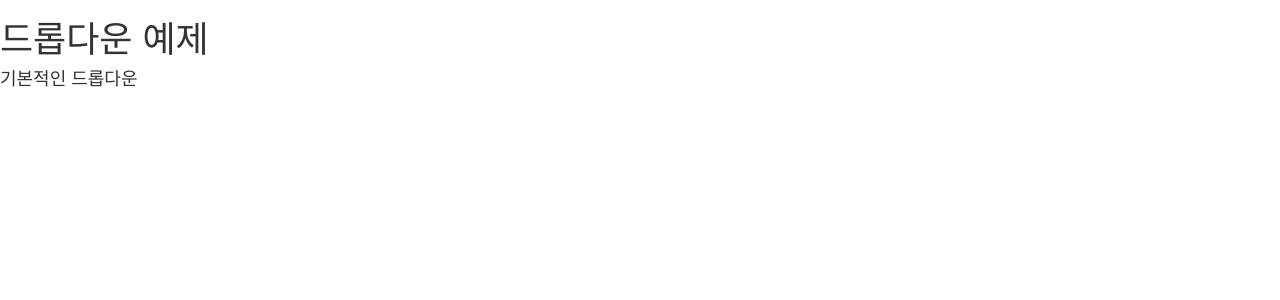
Repository: RYE415/4.jsp
Page: BootstrapTest/src/main/webapp/7.component/1.dropdown.html
These files come from the project's save history. The page is drawn as it stood at one moment and after the next save; the edit follows.
The browser window is 1280 px wide. The pictures show the whole page.
Some web libraries are served in a nearby version.

Above is the page before, as saved 2022-08-09 05:13:44.

### BootstrapTest/src/main/webapp/7.component/1.dropdown.html
<!DOCTYPE html>
<html lang="ko">
  <head>
    <meta charset="utf-8">
    <meta http-equiv="X-UA-Compatible" content="IE=edge">
    <meta name="viewport" content="width=device-width, initial-scale=1">
    <!-- 위 3개의 메타 태그는 *반드시* head 태그의 처음에 와야합니다; 어떤 다른 콘텐츠들은 반드시 이 태그들 *다음에* 와야 합니다 -->
    <title>예제</title>

    <!-- 부트스트랩 -->
    <link href="../css/bootstrap.min.css" rel="stylesheet">

    <!-- IE8 에서 HTML5 요소와 미디어 쿼리를 위한 HTML5 shim 와 Respond.js -->
    <!-- WARNING: Respond.js 는 당신이 file:// 을 통해 페이지를 볼 때는 동작하지 않습니다. -->
    <!--[if lt IE 9]>
      <script src="https://oss.maxcdn.com/html5shiv/3.7.2/html5shiv.min.js"></script>
      <script src="https://oss.maxcdn.com/respond/1.4.2/respond.min.js"></script>
    <![endif]-->
  </head>
  <body>
    <h1>드롭다운 예제</h1>
    <h4>기본적인 드롭다운</h4>

    <!--
    기본개념 및 주의 사항
    1.메뉴를 눌렀을 때 하단으로 펼쳐지는 것->드롭다운
    2.단독으로 사용할 수 없고 부트스트랩에 포함된 자바스크립트와 jQuery를 같이 사용해야 한다.
    3.일반적으로 드롭다운 부분은 ul과 li로 구성된 리스트 태그에 적용(상단메뉴)
    4.아래와 같이 jquery에 관련된 파일을 불러와야 제대로 작동이 된다.

     -->

    <!-- jQuery (부트스트랩의 자바스크립트 플러그인을 위해 필요합니다) -->
    <script src="https://ajax.googleapis.com/ajax/libs/jquery/1.11.2/jquery.min.js"></script>
    <!-- 모든 컴파일된 플러그인을 포함합니다 (아래), 원하지 않는다면 필요한 각각의 파일을 포함하세요 -->
    <script src="../js/bootstrap.min.js"></script>
  </body>
</html>

Loaded but not shown: BootstrapTest/src/main/webapp/css/bootstrap.min.css (library); BootstrapTest/src/main/webapp/js/bootstrap.min.js (library)

After the next save:
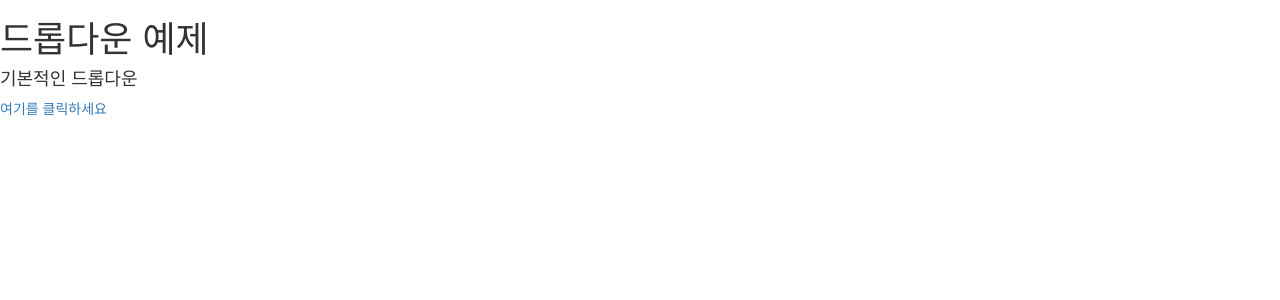
Saved 2 min 4 s later.
--- a/BootstrapTest/src/main/webapp/7.component/1.dropdown.html
+++ b/BootstrapTest/src/main/webapp/7.component/1.dropdown.html
@@ -30,6 +30,10 @@
 
      -->
 
+     <div>
+     	<a href="#">여기를 클릭하세요</a><!-- 이벤트대상 -->
+     </div>
+
     <!-- jQuery (부트스트랩의 자바스크립트 플러그인을 위해 필요합니다) -->
     <script src="https://ajax.googleapis.com/ajax/libs/jquery/1.11.2/jquery.min.js"></script>
     <!-- 모든 컴파일된 플러그인을 포함합니다 (아래), 원하지 않는다면 필요한 각각의 파일을 포함하세요 -->
